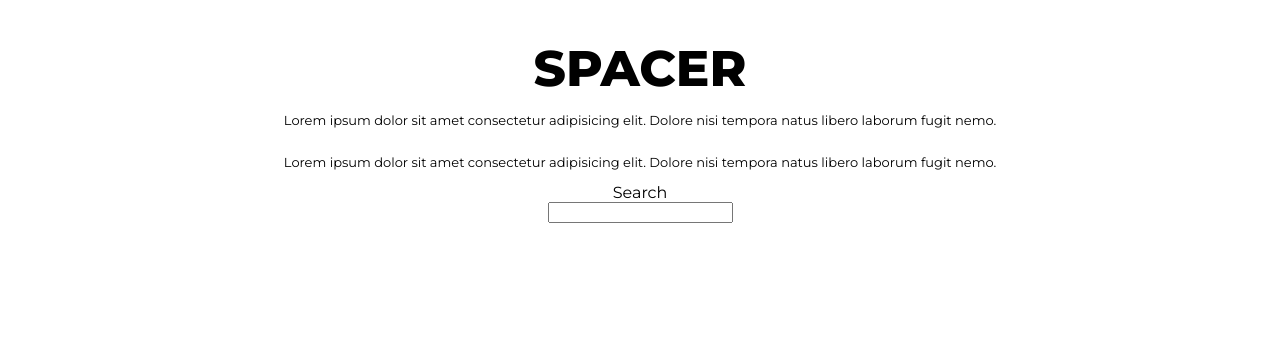
Repository: Trelefele/spacer-roman
Page: /
These files come from the project's save history. The page is drawn as it stood at one moment and after the next save; the edit follows.
The browser window is 1280 px wide. The pictures show the whole page.
The project was rebuilt for these pictures with package versions that can differ from the ones it lists, and the page was loaded fresh each time.

Above is the page before, as saved 2019-02-03 18:39:43.

### public/index.html
<!DOCTYPE html>
<html lang="en">
  <head>
    <meta charset="utf-8">
    <meta http-equiv="X-UA-Compatible" content="IE=edge">
    <meta name="viewport" content="width=device-width,initial-scale=1.0">
    <link rel="icon" href="<%= BASE_URL %>favicon.ico">
    <!-- <script src="https://unpkg.com/axios/dist/axios.min.js"></script> -->
    <title>spacer-roman</title>
  </head>
  <body>
    <noscript>
      <strong>We're sorry but spacer-roman doesn't work properly without JavaScript enabled. Please enable it to continue.</strong>
    </noscript>
    <div id="app"></div>
    <!-- built files will be auto injected -->
  </body>
</html>

### src/App.vue
<template>
  <div class="app">
    <router-view/>
  </div>
</template>

<style lang="scss" scoped >
@import url('https://fonts.googleapis.com/css?family=Montserrat:300,400,600,800');

* {
  box-sizing: border-box;
  font-family: 'Montserrat', sans-serif;
}

</style>

### src/router.js
import Vue from 'vue';
import Router from 'vue-router';
// import Claim from './components/Claim.vue';
import Search from './views/Search.vue';
// import SearchInput from './components/SearchInput.vue';


Vue.use(Router);

export default new Router({
//   mode: 'history',
//   base: process.env.BASE_URL,
  routes: [
    {
      path: '/',
      name: 'Search',
      component: Search,
    },
  ],
});

### src/views/Search.vue
<template>
  <div class="searchWrapper">
    <Claim/>
    <SearchInput/>
  <div class="search"></div>
    <label for="search">Search</label>
    <input
      id="search"
      name="search"
      v-model="searchValue"
      @input="handleInput"
      />

  </div>
</template>

<script>
import axios from 'axios';
import debounce from 'lodash.debounce';
import Claim from '@/components/Claim.vue';
import SearchInput from '@/components/SearchInput.vue';

const API = 'https://images-api.nasa.gov/search';

export default {
  name: 'Search',
  components: {
    Claim,
    SearchInput,
  },
  data() {
    return {
      searchValue: '',
      results: [],
    };
  },
  methods: {
    // eslint-disable-next-line
    handleInput: debounce(function(){
      axios.get(`${API}?q=${this.searchValue}&media_type=image`)
        .then((response) => {
          // this.results = response.data.collection.items;
          this.results = response.data.collection.items;
        })
        .catch((error) => {
          console.log(error);
        });
    }, 500),
  },
};
</script>

<style lang="scss" scoped>
    .searchWrapper {
        display: flex;
        flex-direction: column;
        align-items: center;
        margin: 0;
        padding: 30px;
        width: 100%
    }
</style>

### src/components/Claim.vue
<template>
    <div class="claimWrapper">
        <h1 class="claim">SPACER</h1>
        <p class="subclaim">
            Lorem ipsum dolor sit amet consectetur adipisicing elit.
            Dolore nisi tempora natus libero laborum fugit nemo.
        </p>
        <p class="subclaim">
            Lorem ipsum dolor sit amet consectetur adipisicing elit.
            Dolore nisi tempora natus libero laborum fugit nemo.
        </p>
    </div>
</template>

<script>

export default {
  name: 'Claim',
};

</script>

<style lang="scss" scoped>

* {
  box-sizing: border-box;
  -webkit-font-smoothing: antialiased;
  -moz-osx-font-smoothing: grayscale;
}


.claimWrapper{
    display: flex;
    flex-direction: column;
    justify-content: center;
    align-items: center;
}

.claim{
    font-size: 50px;
    margin: 0;
}

.subclaim{
    padding-top:  0 0 0;
    font-size: 13px;
}
</style>

### src/components/SearchInput.vue
<template>
    <div class="searchInputWrapper">
        <label for="search">Search</label>
        <input
            id="search"
            name="search"
            v-model="searchValue"
            @input="handleInput"
        />
    </div>
</template>

<script>
export default {
    name: 'SearchInput',
    data: function(){
        return 1;
    },
};
</script>

<style lang="scss" scoped>
    .searchInputWrapper {
        display: flex;
        flex-direction: column;
        width: 250px;
    }
    input {
      height: 30px;
      border: 0;
      border-bottom: 1px solid black;
    }
</style>

Loaded but not shown: src/main.js (common file)

After the next save:
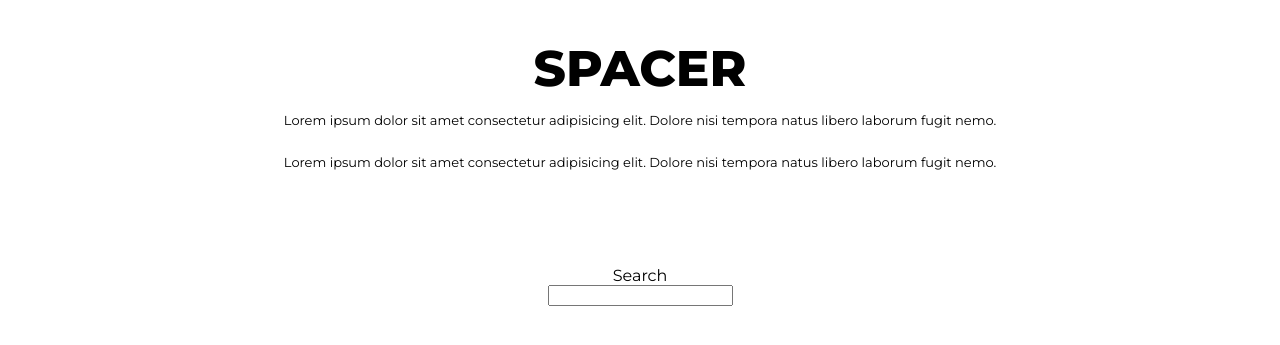
Saved 102 s later.
--- a/src/components/SearchInput.vue
+++ b/src/components/SearchInput.vue
@@ -1,33 +1,63 @@
 <template>
-    <div class="searchInputWrapper">
-        <label for="search">Search</label>
-        <input
-            id="search"
-            name="search"
-            v-model="searchValue"
-            @input="handleInput"
-        />
-    </div>
+  <input
+    id="search"
+    name="search"
+    :class="{ dark }"
+    :value="value"
+    @input="handleChange"
+  />
 </template>
-
 <script>
 export default {
-    name: 'SearchInput',
-    data: function(){
-        return 1;
+  name: 'SearchInput',
+  props: {
+    value: {
+      type: String,
+      required: true,
     },
+    dark: {
+      type: Boolean,
+      default: false,
+    },
+  },
+  methods: {
+    handleChange(e) {
+      this.$emit('input', e.target.value);
+    },
+  },
 };
 </script>
+<style lang="scss" scoped>
+  input {
+    margin-top: 50px;
+    display: flex;
+    width: 250px;
+    color: white;
+    text-align: center;
+    font-size: 18px;
+    font-weight: 300;
+    height: 30px;
+    border: 0;
+    background: none;
+    border-bottom: 1px solid white;
+    transition: box-shadow .3s ease-out;
 
-<style lang="scss" scoped>
-    .searchInputWrapper {
-        display: flex;
-        flex-direction: column;
-        width: 250px;
+    @media (min-width: 1024px) {
+      font-weight: 400;
     }
-    input {
-      height: 30px;
-      border: 0;
-      border-bottom: 1px solid black;
-    }
+  }
+
+  input:focus {
+    outline: none;
+    box-shadow: 0 10px 20px -8px rgba(255,255,255, .5);
+  }
+
+  .dark {
+    color: #1e3d4a;
+    border-bottom-color: #1e3d4a;
+  }
+
+  .dark:focus {
+    box-shadow: 0 10px 20px -8px rgba(#1e3d4a, .2);
+  }
 </style>
